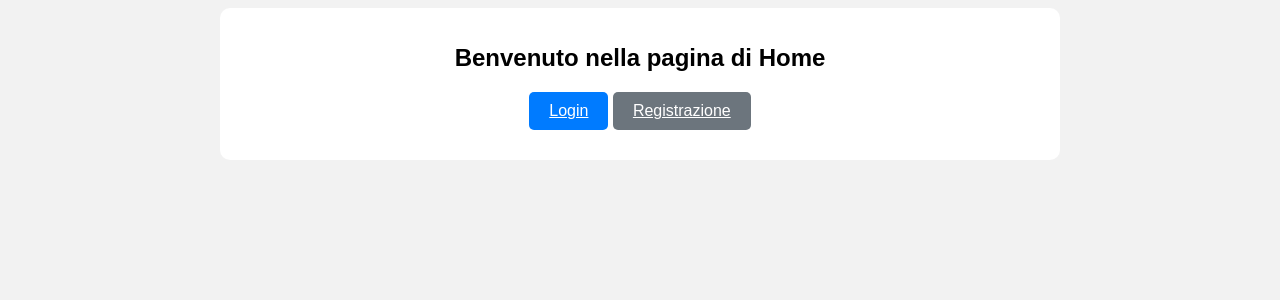
Repository: GabrielCellammare/WebApplication-SA-CyberSecurity
Page: http://localhost/WebProject-CellammareGabriel_ApplicationSecurity_/userNotLogged/index.jsp
These files come from the project's save history. The page is drawn as it stood at one moment and after the next save; the edit follows.
The browser window is 1280 px wide. The pictures show the whole page.
The page is served by Tomcat 9. Nobody is signed in. The application's start-up code is not run. Other server files are loaded and not shown.

Above is the page before, as saved 2024-01-14 17:20:01.

### WebProject-CellammareGabriel(ApplicationSecurity)/WebContent/userNotLogged/index.jsp
<%@ page language="java" contentType="text/html; charset=UTF-8" pageEncoding="UTF-8"%>
<!DOCTYPE html>
<html>
<head>
    <meta charset="UTF-8">
    <title>Web Application Gabriel Cellammare</title>
    <!-- Il mio file css -->
    <style><%@include file="/WEB-INF/css/style.css"%></style>
</head>
<body>
    <div class="container">
        <h1>Benvenuto nella pagina di Home</h1>
        <p></p>
        <div class="buttons">
            <a href="login.jsp" class="btn btn-primary">Login</a>
            <a href="register.jsp" class="btn btn-secondary">Registrazione</a>
        </div>
    </div>
</body>
</html>

### WebProject-CellammareGabriel(ApplicationSecurity)/WebContent/WEB-INF/css/style.css
body {
  font-family: sans-serif;
  background-color: #f2f2f2;
}

.container {
  margin: 0 auto;
  max-width: 800px;
  padding: 20px;
  background-color: #fff;
  border-radius: 10px;
}

h1 {
  text-align: center;
  font-size: 24px;
  font-weight: bold;
  margin-bottom: 20px;
}

p {
  text-align: center;
  font-size: 16px;
  margin-bottom: 20px;
}

.buttons {
  text-align: center;
}

.btn {
  display: inline-block;
  padding: 10px 20px;
  margin-bottom: 10px;
  background-color: #007bff;
  color: #fff;
  border: none;
  border-radius: 5px;
  cursor: pointer;
}

.btn-primary {
  background-color: #007bff;
}

.btn-secondary {
  background-color: #6c757d;
}

After the next save:
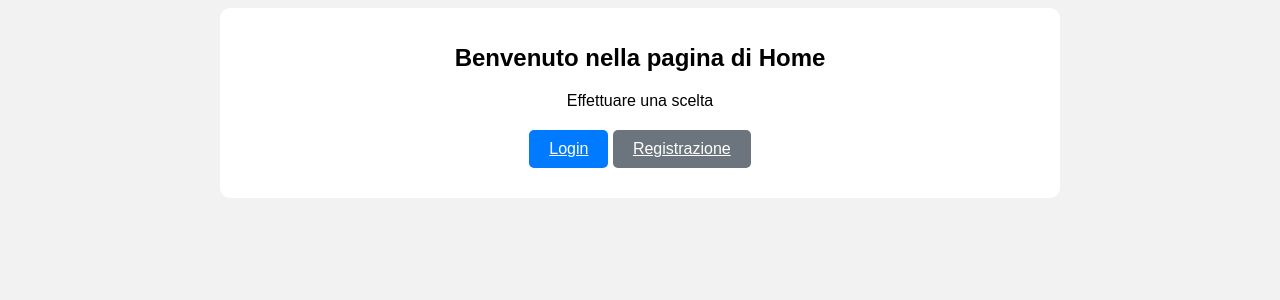
Saved 13 s later.
--- a/WebProject-CellammareGabriel(ApplicationSecurity)/WebContent/userNotLogged/index.jsp
+++ b/WebProject-CellammareGabriel(ApplicationSecurity)/WebContent/userNotLogged/index.jsp
@@ -10,7 +10,7 @@
 <body>
     <div class="container">
         <h1>Benvenuto nella pagina di Home</h1>
-        <p></p>
+        <p>Effettuare una scelta</p>
         <div class="buttons">
             <a href="login.jsp" class="btn btn-primary">Login</a>
             <a href="register.jsp" class="btn btn-secondary">Registrazione</a>
